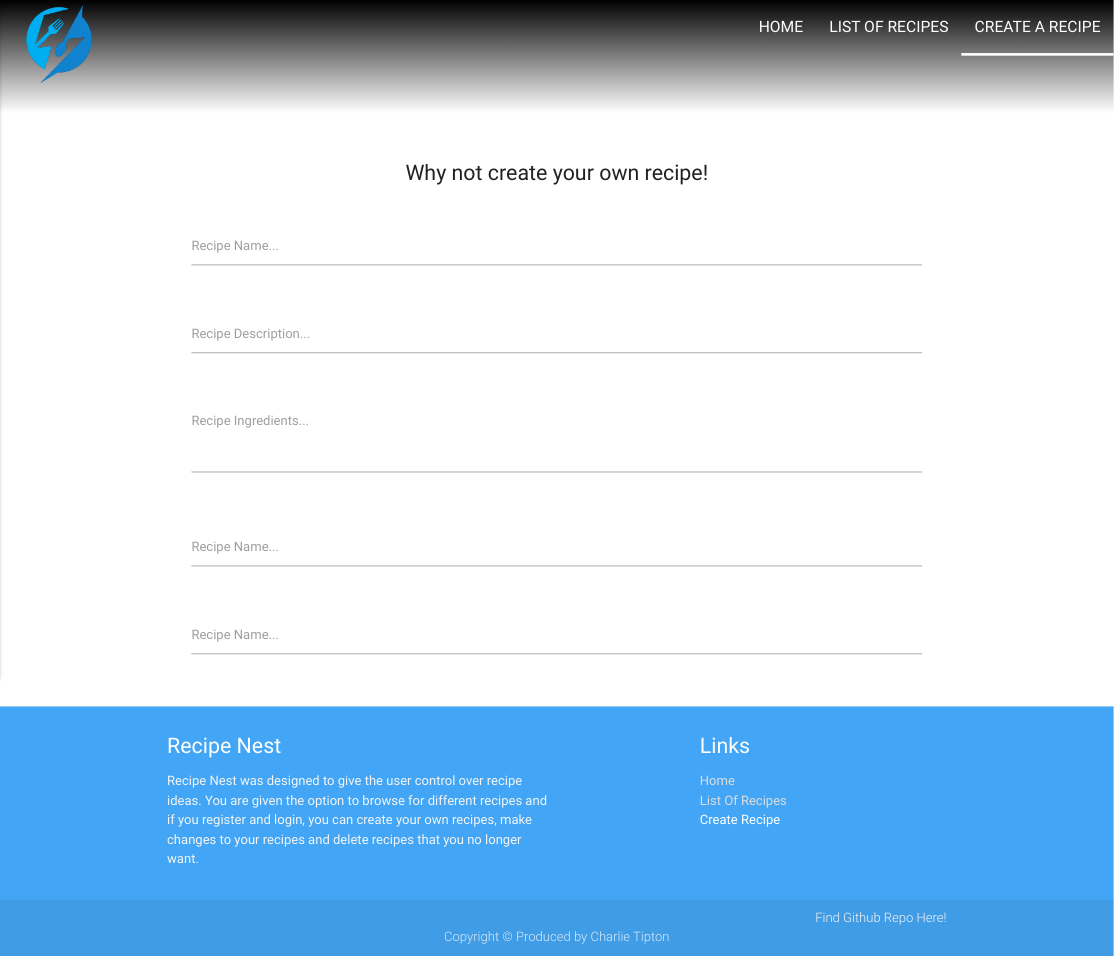
Repository: CharlieJT/Recipes
Page: http://localhost/create_recipe
The author's editor kept a record of every edit. The page is drawn from the files as they stood at one moment, then again after the next edit.
The browser window is 1280 px wide. The pictures show the whole page, at 87% of full size.
Some web libraries are served in a nearby version. The page is served by the project's application, run on Flask 3 (app.py).

Above is the page before.

After the next edit:
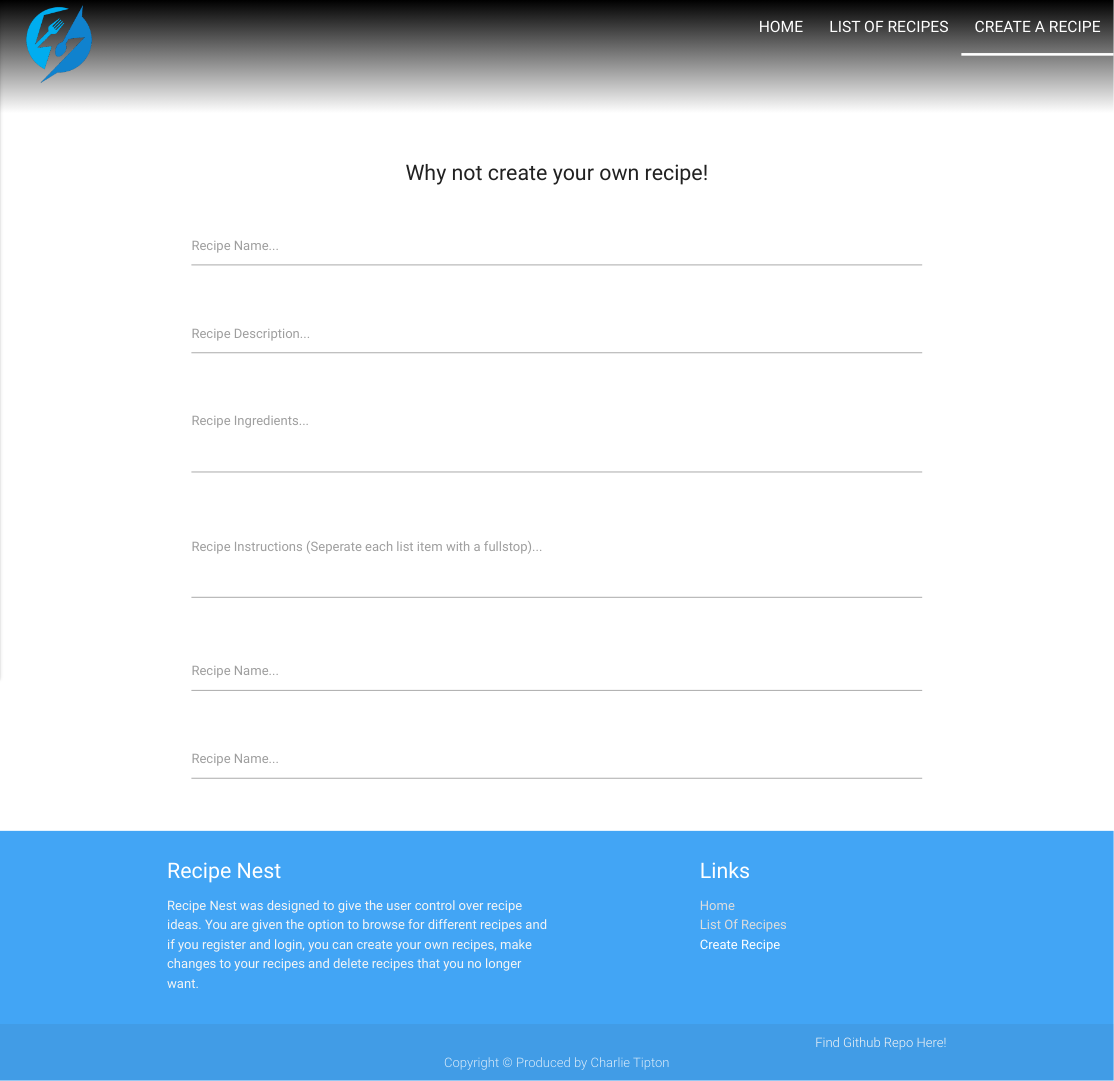
The edit:
--- a/templates/create-recipe.html
+++ b/templates/create-recipe.html
@@ -42,6 +42,13 @@
                         </div>
                         <div class="row recipe-name-input-row">
                             <div class="input-field col s12">
+                                <textarea id="create-recipe-listing" type="text" class="validate w-100 materialize-textarea" ></textarea>
+                                <label for="create-recipe-listing-label">Recipe Instructions (Seperate each list item with a fullstop)...</label>
+                            </div>
+                        </div>
+
+                        <div class="row recipe-name-input-row">
+                            <div class="input-field col s12">
                                 <input id="create-recipe-listing" type="text" class="validate w-100">
                                 <label for="create-recipe-listing-label">Recipe Name...</label>
                             </div>
